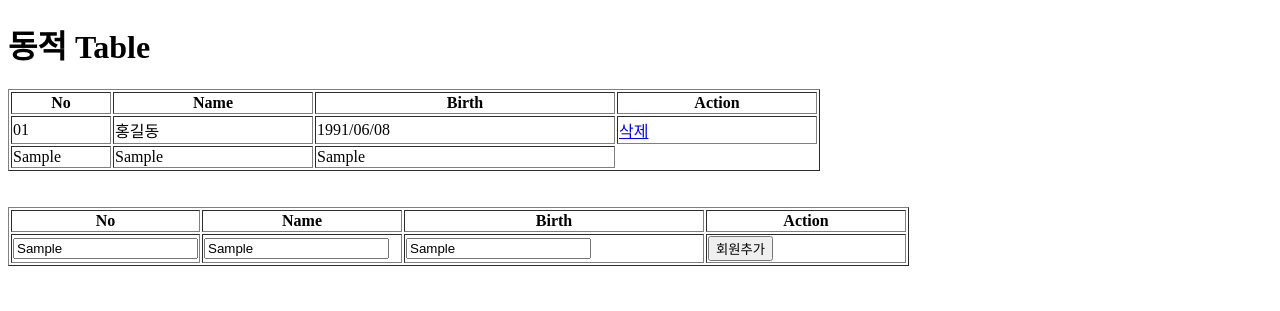
Repository: jeongho97/JQuery
Page: alloc/WebContent/index.html
An editor plug-in stored every save of this project. The page is shown before and after the next save, followed by the edit.
The browser window is 1280 px wide. The pictures show the whole page.
Empty fields were first filled with sample values (such as "Sample", 5 or name@example.com).
After loading, the first visible `#append_row` was clicked once.

Above is the page before, as saved 2022-05-13 07:25:05.

After the next save:
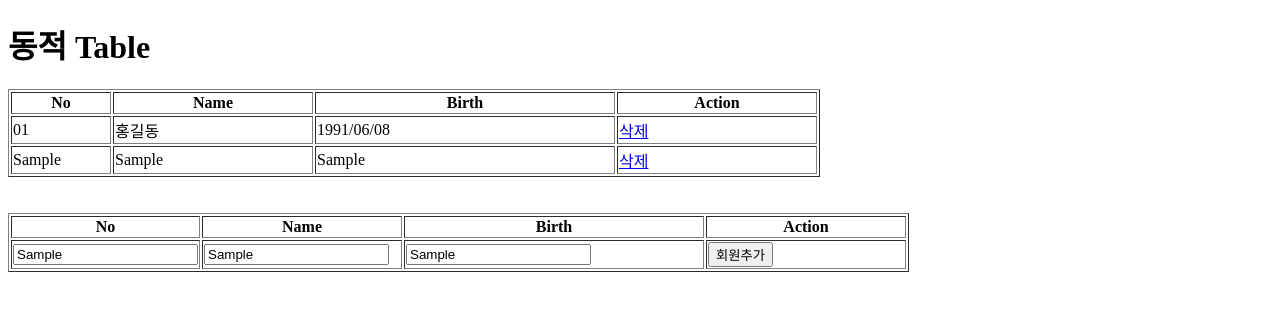
Saved 115 s later.
--- a/alloc/WebContent/index.html
+++ b/alloc/WebContent/index.html
@@ -87,7 +87,10 @@ $("#append_row").on("click",function(){
 				$("<tr>").append(
 					$("<td>").append($("#add_no").val()),
 					$("<td>").append($("#add_name").val()),
-					$("<td>").append($("#add_birth").val())
+					$("<td>").append($("#add_birth").val()),
+					$("<td>").append(
+						$("<a>").prop("href","#").addClass('delete-link').append("삭제")
+					)
 
 			)
 		)
